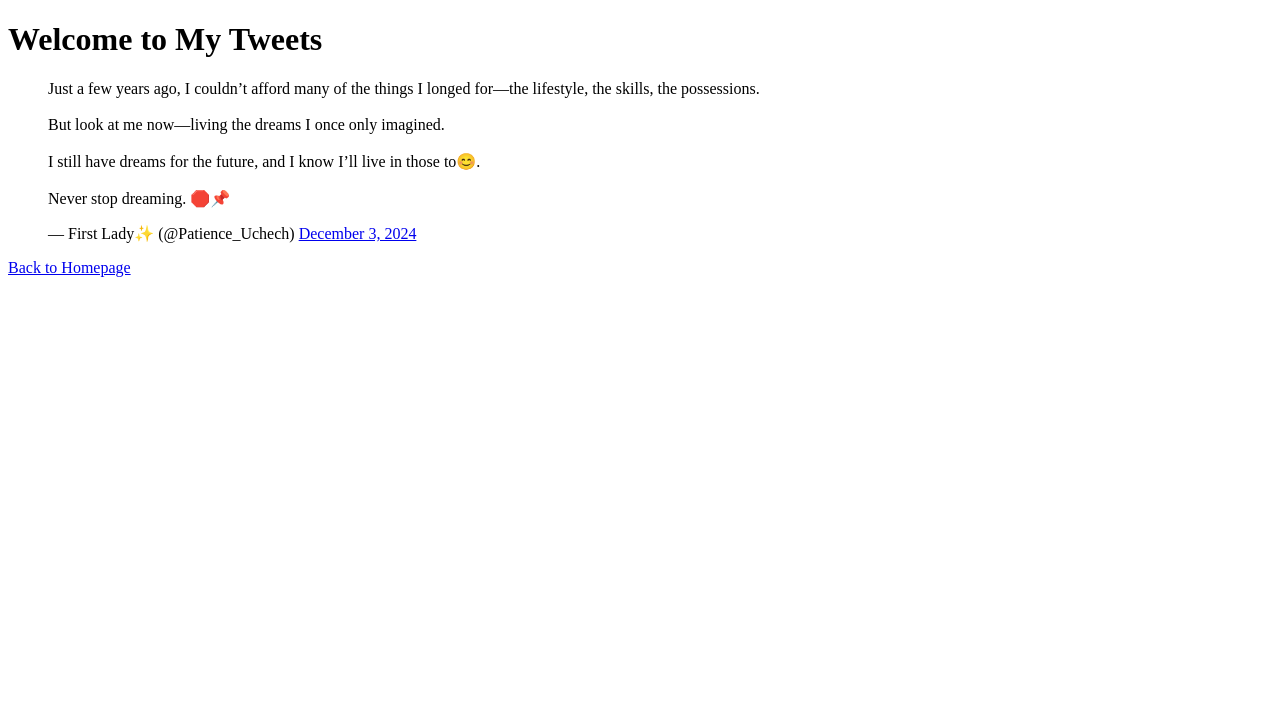
Repository: Patience225/My_First_Portfolio
Page: html_basic/tweets.html
An editor plug-in stored every save of this project. The page is shown before and after the next save, followed by the edit.
The browser window is 1280 px wide. The pictures show the whole page.

Above is the page before, as saved 2024-12-22 06:39:47.

### html_basic/tweets.html
<!DOCTYPE html>
<html lang="en">
<head>
    <meta charset="UTF-8">
    <meta name="viewport" content="width=device-width, initial-scale=1.0">
    <title>My Tweets</title>
</head>
<body>
    <h1>Welcome to My Tweets</h1>
    <blockquote class="twitter-tweet">
        <p lang="en" dir="ltr">
            Just a few years ago, I couldn’t afford many of the things I longed for—the lifestyle, the skills, the possessions.<br><br>
            But look at me now—living the dreams I once only imagined.<br><br>
            I still have dreams for the future, and I know I’ll live in those to😊.<br><br>
            Never stop dreaming. 🛑📌
        </p>
        &mdash; First Lady✨ (@Patience_Uchech)
        <a href="https://twitter.com/Patience_Uchech/status/1863800680617541974?ref_src=twsrc%5Etfw">December 3, 2024</a>
    </blockquote>
    <script async src="https://platform.twitter.com/widgets.js" charset="utf-8"></script>
    <a href="index.html">Back to Homepage</a>
</body>
</html>

### css_basic/base.css
/* CSS reset rules */

html, body {
  height: 100%;
  min-height: 100%;
  margin: 0;
  padding: 0;
  border: 0;
  font-size: 100%;
  font-style: inherit;
  vertical-align: baseline;
}

html, body, div, span, applet, object, iframe,
h1, h2, h3, h4, h5, h6, p, blockquote, pre,
a, abbr, acronym, address, big, cite, code,
del, dfn, img, ins, kbd, q, s, samp,
small, strike, sub, sup, tt, var,
b, u, i, center,
dl, dt, dd,
fieldset, form, label, legend,
table, caption, tbody, tfoot, thead, tr, th, td,
article, aside, canvas, details, embed,
figure, figcaption, footer, header, hgroup,
menu, nav, output, ruby, section, summary,
time, mark, audio, video {
  margin: 0;
  padding: 0;
  border: 0;
  font-size: 100%;
  font-style: inherit;
  vertical-align: baseline;
}

/* HTML5 display-role reset for older browsers */
article, aside, details, figcaption, figure,
footer, header, hgroup, menu, nav, section {
  display: block;
}

body {
  line-height: 1;
  font-family: 'Josefin Sans', serif;
  color: rgba(0, 0, 0, 0.8);
}

blockquote, q {
  quotes: none;
}
blockquote:before, blockquote:after,
q:before, q:after {
  content: '';
  content: none;
}

table {
  border-collapse: collapse;
  border-spacing: 0;
}

/* Fonts and colors */
h1, h2, h3, h4, h5, h6, header {
  font-family: 'Yeseva One', sans-serif;
}

aside {
  background: #FAFAFA;
  padding: 50px 15px;
}

aside p {
  border: 1px solid #bbb;
  background: #ddd;
  color: black;
  border-radius: 10px;
  padding: 20px 20px;
}

footer a {
  color: rgba(0, 0, 0, 0.8);
}

a {
  color: #F80002;
}

/* Positioning and margins */
@media (min-width: 1100px) {
  body {
    width: 1100px;
    margin: 0 auto;
  }
}

article {
  padding: 50px 15px;
}

article > *:first-child {
  margin-top: 0;
}

header .right {
  float: right;
  margin: 0 10px 15px;
}

/* Merged header block */
header {
  padding: 20px 0;
  height: 80px;
  border-bottom: 1px solid rgb(221,221,221);
  transition: border-bottom-color 1s ease;
}

header ul {
  list-style: none;
  margin: 0;
  padding: 0;
}

header li {
  display: inline;
  vertical-align: middle;
}

header li:first-child {
  margin: 0;
}

header li a {
  margin: 0 10px;
}

header li.logo {
  font-size: 36px;
}

header a {
  color: rgba(0, 0, 0, 0.8);
  text-decoration: none;
}

/* Footer */
footer {
  padding: 5px 15px;
  height: 80px;
}

/* Text styles and margins */

p {
  margin-bottom: 15px;
}

h1 {
  font-size: 36px;
  margin: 40px 0 20px;
}

h2 {
  font-size: 32px;
  margin: 30px 0 15px;
}

h3 {
  font-size: 28px;
  margin: 25px 0 10px;
}

h4 {
  font-size: 20px;
  font-weight: bold;
  margin: 20px 0 10px;
}

h5 {
  font-size: 18px;
  font-weight: bold;
  margin: 15px 0 10px;
}

h6 {
  font-weight: bold;
  margin: 5px 0;
}

@media (max-width: 800px) {
  body.works_on_smartphone {
    display: block;
  }

  body.works_on_smartphone main {
    display: block;
  }

  header .right {
    float: none;
  }
}

### css_basic/styles.css
/* Reset */
* {
  margin: 0;
  padding: 0;
  box-sizing: border-box;
}

/* General Styles */
body {
  font-family: Arial, sans-serif;
  margin: 0;
  padding: 0;
  width: 100%;
  background-color: #f3e5f5; /* Light purple background */
  color: #333; /* Dark text for readability */
  line-height: 1.5;
}

/* Header Styles */
header {
  display: flex;
  justify-content: space-between;
  align-items: center;
  background-color: #6a0dad; /* Dark purple */
  padding: 15px 20px;
  color: white;
}

header ul {
  list-style: none;
  display: flex;
  align-items: center;
  gap: 20px; /* Space between nav links */
}

header ul li a {
  color: white;
  text-decoration: none;
  font-weight: bold;
}

header ul li a:hover {
  text-decoration: underline;
}

/* Footer Styles */
footer {
  text-align: center;
  background-color: #6a0dad; /* Dark purple */
  color: white;
  padding: 10px;
  font-size: 14px;
}

/* Main Layout */
main {
  display: flex;
  flex-direction: row;
  gap: 1.5rem;
  padding: 20px;
  margin: 0 auto;
}

/* Article and Aside Styling */
article, aside {
  background-color: #e1bee7; /* Light purple shade */
  padding: 20px;
  border-radius: 10px;
  box-shadow: 0 4px 6px rgba(0, 0, 0, 0.1);
}

article {
  flex: 2;
  overflow-y: auto;
}

aside {
  flex: 1;
  background-color: #d1c4e9; /* Slightly different purple shade */
  overflow-y: auto;
}

aside h3 {
  margin-top: 0;
}

/* Navigation Styling */
nav ul {
  display: flex;
  justify-content: center;
  list-style: none;
  background-color: #8b47cc; /* Medium purple */
  padding: 10px;
}

nav ul li a {
  color: white;
  text-decoration: none;
  font-weight: bold;
}

nav ul li a:hover {
  text-decoration: underline;
}

/* Responsive Design */
@media (max-width: 768px) {
  main {
    flex-direction: column;
  }

  header {
    flex-direction: column;
    align-items: flex-start;
    gap: 10px;
  }
}

After the next save:
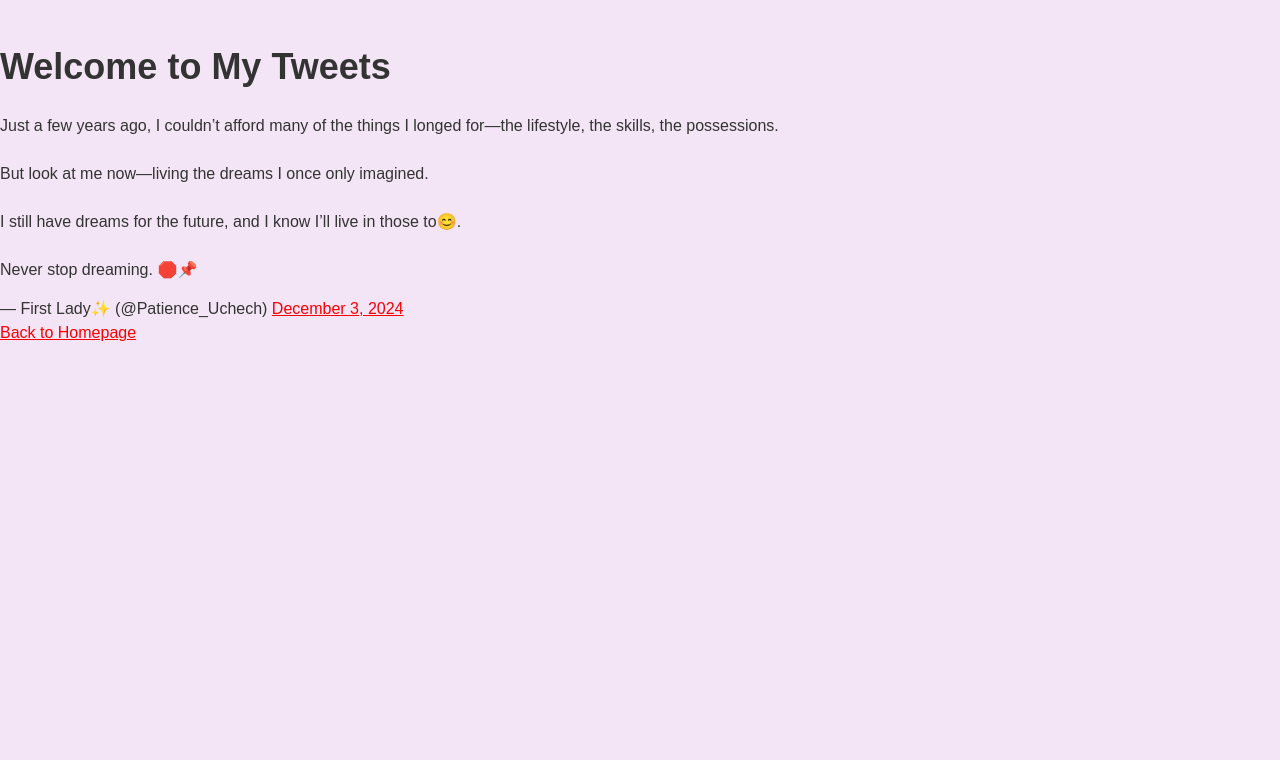
Saved 100 s later.
--- a/html_basic/tweets.html
+++ b/html_basic/tweets.html
@@ -4,6 +4,8 @@
     <meta charset="UTF-8">
     <meta name="viewport" content="width=device-width, initial-scale=1.0">
     <title>My Tweets</title>
+    <link href="../css_basic/base.css" rel="stylesheet">
+    <link href="../css_basic/styles.css" rel="stylesheet">
 </head>
 <body>
     <h1>Welcome to My Tweets</h1>
